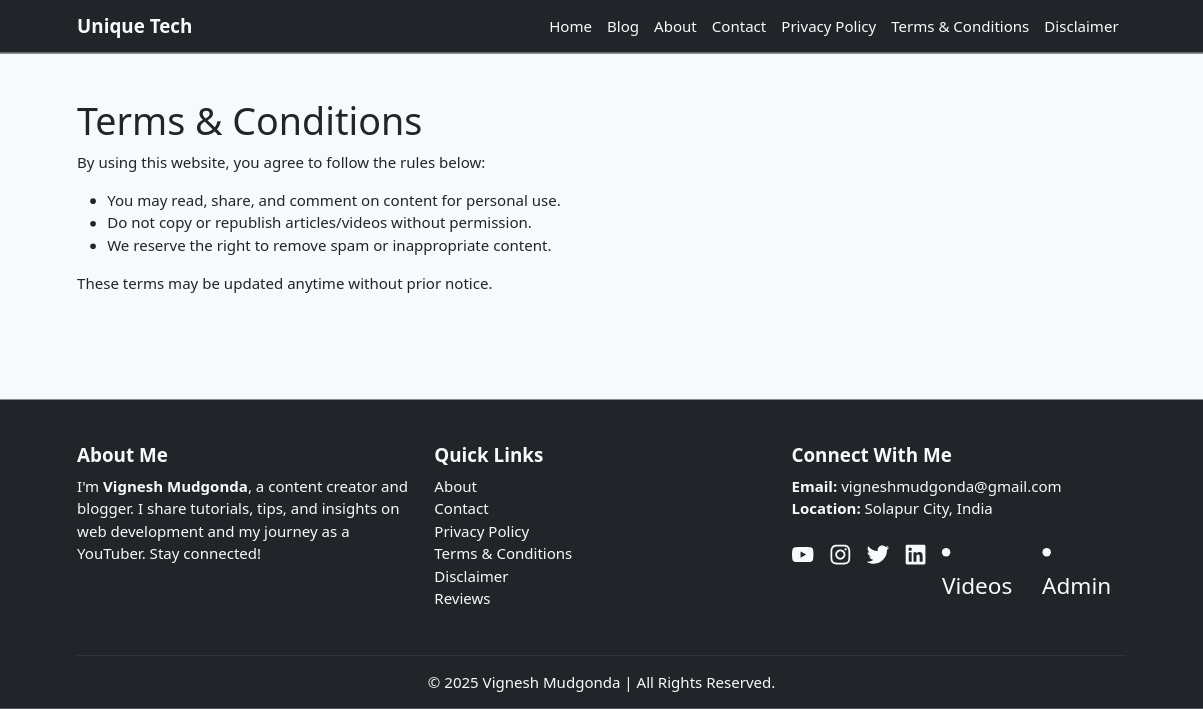
Repository: vigneshmudgonda/Blog2
Page: /terms (app in blog-frontend-full/)
An editor plug-in stored every save of this project. The page is shown before and after the next save, followed by the edit.
The browser window is 1280 px wide. The pictures show the whole page, at 94% of full size.
The page's requests for data from a server got no answer. The project was rebuilt for these pictures with package versions that can differ from the ones it lists, and the page was loaded fresh each time. No one was signed in, and anything a server would have sent is missing. Also part of the build but not shown: blog-frontend-full/src/services/api.js, blog-frontend-full/src/pages/Home.js, blog-frontend-full/src/pages/BlogList.js, blog-frontend-full/src/pages/BlogDetail.js, blog-frontend-full/src/pages/Reviews.js, blog-frontend-full/src/pages/Contact.js, blog-frontend-full/src/pages/About.js, blog-frontend-full/src/pages/AdminLogin.js and 6 more.

Above is the page before, as saved 2025-08-22 20:36:22.

After the next save:
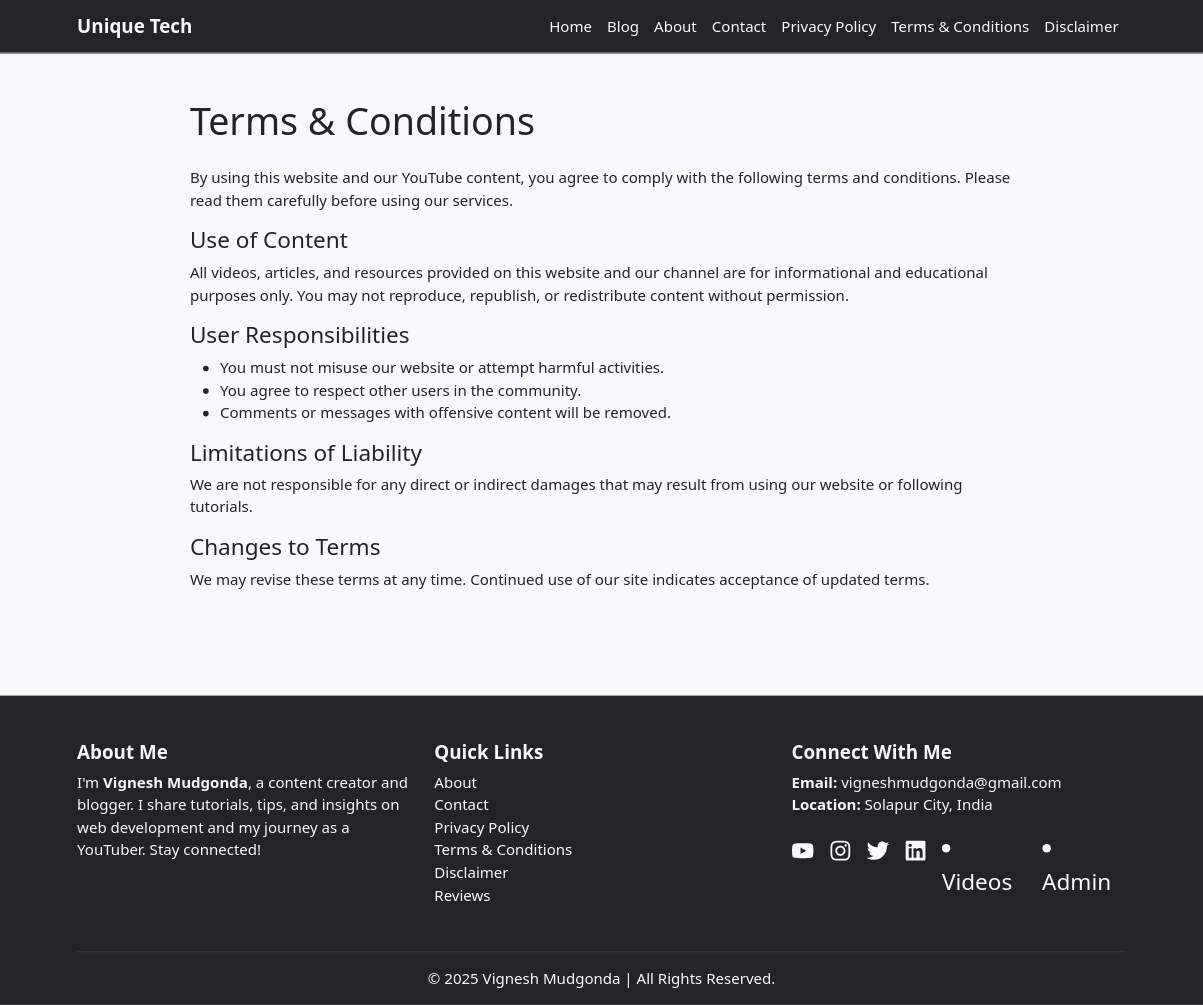
Saved 18 s later.
--- a/blog-frontend-full/src/pages/TermsConditions.js
+++ b/blog-frontend-full/src/pages/TermsConditions.js
@@ -1,21 +1,40 @@
 import React from "react";
-import { Container } from "react-bootstrap";
 
-export default function TermsConditions() {
+export default function TermsAndConditions() {
   return (
-    <Container className="py-5">
-      <h1>Terms & Conditions</h1>
+    <div className="container py-5" style={{ maxWidth: "900px" }}>
+      <h1 className="mb-4">Terms & Conditions</h1>
       <p>
-        By using this website, you agree to follow the rules below:
+        By using this website and our YouTube content, you agree to comply with
+        the following terms and conditions. Please read them carefully before
+        using our services.
       </p>
+
+      <h4>Use of Content</h4>
+      <p>
+        All videos, articles, and resources provided on this website and our
+        channel are for informational and educational purposes only. You may not
+        reproduce, republish, or redistribute content without permission.
+      </p>
+
+      <h4>User Responsibilities</h4>
       <ul>
-        <li>You may read, share, and comment on content for personal use.</li>
-        <li>Do not copy or republish articles/videos without permission.</li>
-        <li>We reserve the right to remove spam or inappropriate content.</li>
+        <li>You must not misuse our website or attempt harmful activities.</li>
+        <li>You agree to respect other users in the community.</li>
+        <li>Comments or messages with offensive content will be removed.</li>
       </ul>
+
+      <h4>Limitations of Liability</h4>
       <p>
-        These terms may be updated anytime without prior notice.
+        We are not responsible for any direct or indirect damages that may
+        result from using our website or following tutorials.
       </p>
-    </Container>
+
+      <h4>Changes to Terms</h4>
+      <p>
+        We may revise these terms at any time. Continued use of our site
+        indicates acceptance of updated terms.
+      </p>
+    </div>
   );
 }
